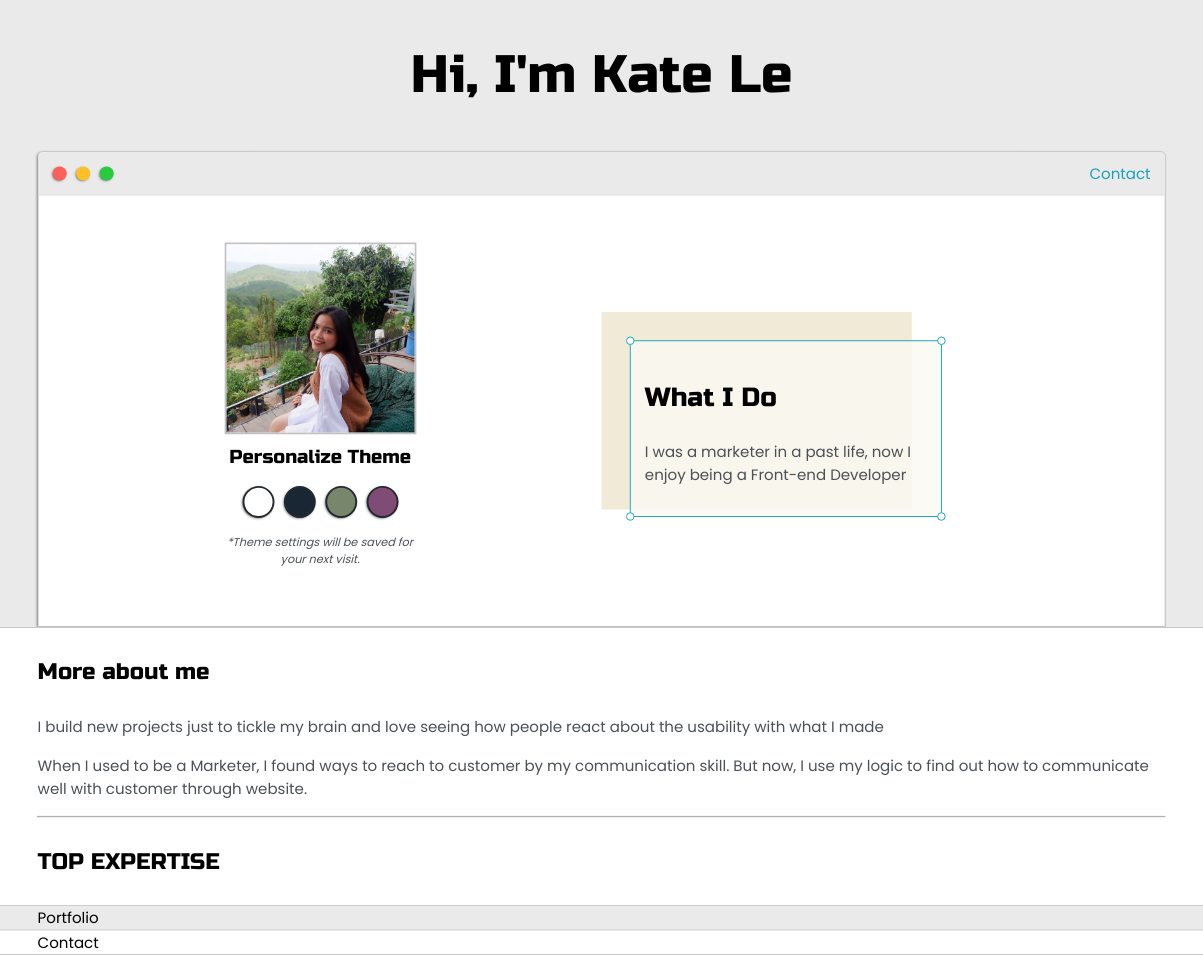
Repository: kate30980/my-persponal-website
Page: index.html
The author's editor kept a copy of each file at every save. The page is drawn from the files as they stood at one save, then again after the next save.
The browser window is 1280 px wide. The pictures show the whole page, at 94% of full size.

Above is the page before, as saved 2021-08-26 21:52:34.

### index.html
<!DOCTYPE html>
<html lang="en">

<head>
    <meta charset="UTF-8">
    <meta http-equiv="X-UA-Compatible" content="IE=edge">
    <meta name="viewport" content="width=device-width, initial-scale=1.0">
    <title>Kate Le</title>
    <link rel="preconnect" href="https://fonts.googleapis.com">
    <link rel="preconnect" href="https://fonts.gstatic.com" crossorigin>
    <link rel="preconnect" href="https://fonts.googleapis.com">
    <link rel="preconnect" href="https://fonts.gstatic.com" crossorigin>
    <link href="https://fonts.googleapis.com/css2?family=Poppins:wght@300;400;600;700&family=Russo+One&display=swap"
        rel="stylesheet">
    <link rel="stylesheet" href="main.css">
</head>

<body>

    <section class="s1">
        <div class="main-container">
            <div class="greeting-wrapper">
                <h1>Hi, I'm Kate Le</h1>
            </div>

            <div class="intro-wrapper">
                <div class="nav-wrapper">
                    <div class="dots-wrapper">
                        <div id="dot-1" class="browser-dot"></div>
                        <div id="dot-2" class="browser-dot"></div>
                        <div id="dot-3" class="browser-dot"></div>
                    </div>
                    <ul id="navigation">
                        <li>
                            <a href="#">Contact</a>
                        </li>
                    </ul>
                </div>
                <div class="left-column">
                    <img id="profile-pic" src="./images/IMG_2624.JPG" alt="img-kate">
                    <h5 style="text-align:center;line-height:0; margin: 25px">Personalize Theme</h5>

                    <div id="theme-options-wrapper">
                        <div id="light-mode" class="theme-dot"></div>
                        <div id="blue-mode" class="theme-dot"></div>
                        <div id="green-mode" class="theme-dot"></div>
                        <div id="purple-mode" class="theme-dot"></div>
                    </div>

                    <p id="settings-note">*Theme settings will be saved for <br> your next visit.</p>
                </div>
                <div class="right-column">

                    <div id="preview-shadow">
                        <div id="preview">
                            <div id="corner-tl" class="corner"></div>
                            <div id="corner-tr" class="corner"></div>
                            <h3>What I Do</h3>
                            <p>I was a marketer in a past life, now I enjoy being a Front-end Developer</p>
                            <div id="corner-br" class="corner"></div>
                            <div id="corner-bl" class="corner"></div>
                        </div>
                    </div>

                </div>
            </div>

        </div>
    </section>

    <section class="s2">
        <div class="main-container">

            <div class="about-wrapper">
                <div class="about-me">
                    <h4>More about me</h4>
                    <p>I build new projects just to tickle my brain and love seeing how people react about the usability
                        with what I made</p>
                    <p>When I used to be a Marketer, I found ways to reach to customer by my communication skill. But
                        now, I use my logic to find out how to communicate well with customer through website.</p>
                </div>
                <hr>

                <h4>TOP EXPERTISE</h4>
                <div class="social-links">

                </div>
            </div>

        </div>
    </section>

    <section class="s1">
        <div class="main-container">
            Portfolio
        </div>
    </section>

    <section class="s2">
        <div class="main-container">
            Contact
        </div>
    </section>

</body>

</html>

### main.css
:root {
  --mainText: black;
  --secondaryText: #4b5156;

  --mainColor: #eaeaea;
  --secondaryColor: #fff;

  --borderColor: #c1c1c1;
  --themeDotBorder: #24292e;

  --previewBg: rgba(251, 249, 243, 0.8);
  --previewShadow: #f0ead6;
}

html,
body {
  padding: 0;
  margin: 0;
  font-family: "Poppins", sans-serif;
}
h1,
h2,
h3,
h4,
h5,
h6,
strong {
  color: var(--mainText);
  font-family: "Russo One", sans-serif;
  font-weight: 500;
}

p,
li,
span,
label,
input,
textarea,
select {
  color: var(--secondaryText);
  font-family: "Poppins", sans-serif;
}
ul {
  list-style: none;
}

a {
  text-decoration: none;
  color: #17a2b8;
}

h1 {
  font-size: 56px;
}
h2 {
  font-size: 36px;
}
h3 {
  font-size: 28px;
}
h4 {
  font-size: 24px;
}
h5 {
  font-size: 20px;
}
h6 {
  font-size: 16px;
}

.s1 {
  background-color: var(--mainColor);
  border-bottom: 1px solid var(--borderColor);
  overflow: auto;
}
.s2 {
  background-color: var(--secondaryColor);
  border-bottom: 1px solid var(--borderColor);
  overflow: auto;
}
.main-container {
  width: 1200px;
  margin: 0 auto;
}
.greeting-wrapper {
  display: grid;
  text-align: center;
  align-content: center;
  min-height: 10em;
}

.intro-wrapper {
  background-color: var(--secondaryColor);
  border: 1px solid var(--borderColor);
  border-radius: 5px 5px 0 0;

  -webkit-box-shadow: -1px 1px 3px -1px rgba(0, 0, 0, 0.75);
  -moz-box-shadow: -1px 1px 3px -1px rgba(0, 0, 0, 0.75);
  box-shadow: -1px 1px 3px -1px rgba(0, 0, 0, 0.75);

  display: grid;
  grid-template-columns: 1fr 1fr;
  grid-template-areas:
    "nav-wrapper nav-wrapper"
    "left-column right-column";
}

#navigation {
  margin: 0;
  padding: 10px;
}
#navigation li {
  display: inline-block;
  margin-right: 5px;
  margin-left: 5px;
}

.dots-wrapper {
  display: flex;
  padding: 10px;
}

#dot-1 {
  background-color: #fc6058;
}
#dot-2 {
  background-color: #fec027;
}
#dot-3 {
  background-color: #2aca3e;
}

.browser-dot {
  background-color: black;
  height: 15px;
  width: 15px;
  border-radius: 50%;
  margin: 5px;

  -webkit-box-shadow: -1px 1px 3px -1px rgba(0, 0, 0, 0.75);
  -moz-box-shadow: -1px 1px 3px -1px rgba(0, 0, 0, 0.75);
  box-shadow: -1px 1px 3px -1px rgba(0, 0, 0, 0.75);
}

.nav-wrapper {
  grid-area: nav-wrapper;
  border-bottom: 1px solid var(--borderColor);
  display: flex;
  justify-content: space-between;
  align-items: center;
  background-color: var(--mainColor);
  border-radius: 5px 5px 0 0;
}
.left-column {
  grid-area: left-column;
  padding-top: 50px;
  padding-bottom: 50px;
}
#profile-pic {
  display: block;
  margin: auto;
  height: 200px;
  width: 200px;
  object-fit: cover;
  border: 2px solid var(--borderColor);
}

#theme-options-wrapper {
  display: flex;
  justify-content: center;
}

.theme-dot {
  height: 30px;
  width: 30px;
  border-radius: 50%;
  background-color: black;

  margin: 5px;
  border: 2px solid var(--themeDotBorder);

  -webkit-box-shadow: -1px 1px 3px -1px rgba(0, 0, 0, 0.75);
  -moz-box-shadow: -1px 1px 3px -1px rgba(0, 0, 0, 0.75);
  box-shadow: -1px 1px 3px -1px rgba(0, 0, 0, 0.75);
  cursor: pointer;
}

.theme-dot:hover {
  border-width: 5px;
}
#light-mode {
  background-color: #fff;
}
#blue-mode {
  background-color: #192734;
}
#green-mode {
  background-color: #78866b;
}
#purple-mode {
  background-color: #7e4c74;
}
#settings-note {
  font-size: 12px;
  font-style: italic;
  text-align: center;
}

.right-column {
  grid-area: right-column;
  display: grid;
  align-content: center;

  padding-top: 50px;
  padding-bottom: 50px;
}

#preview-shadow {
  background-color: var(--previewShadow);
  width: 300px;
  height: 180px;
  padding-left: 30px;
  padding-top: 30px;
}

#preview {
  width: 300px;
  border: 1.5px solid #17a2b8;
  background-color: var(--previewBg);
  padding: 15px;
  position: relative;
}
.corner {
  width: 7px;
  border: 1.5px solid #17a2b8;
  height: 7px;
  border-radius: 50%;
  background-color: #fff;
  position: absolute;
}
#corner-tl {
  top: -5px;
  left: -5px;
}
#corner-tr {
  top: -5px;
  right: -5px;
}
#corner-br {
  bottom: -5px;
  right: -5px;
}
#corner-bl {
  bottom: -5px;
  left: -5px;
}

@media screen and (max-width: 1200px) {
  .main-container {
    width: 95%;
  }
}
@media screen and (max-width: 800px) {
  .intro-wrapper {
    grid-template-columns: 1fr;
    grid-template-areas:
      "nav-wrapper"
      "left-column"
      "right-column";
  }
  .right-column {
    justify-content: center;
  }
}

After the next save:
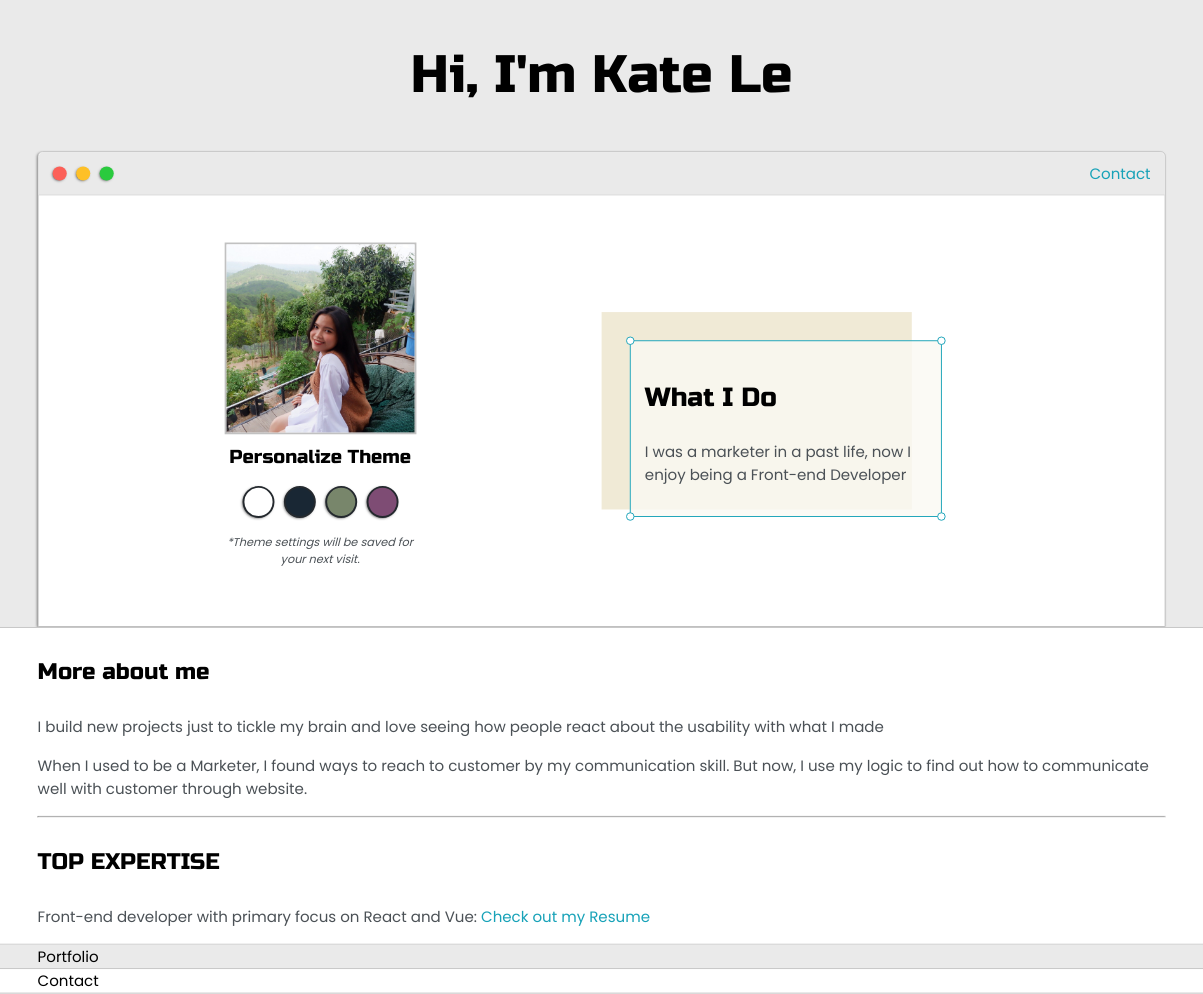
Saved 3 min 29 s later.
--- a/index.html
+++ b/index.html
@@ -82,6 +82,8 @@
                 <hr>
 
                 <h4>TOP EXPERTISE</h4>
+                <p>Front-end developer with primary focus on React and Vue: <a href="CV-HAN-LE-FRONTEND-DEV.pdf">Check
+                        out my Resume</a></p>
                 <div class="social-links">
 
                 </div>
